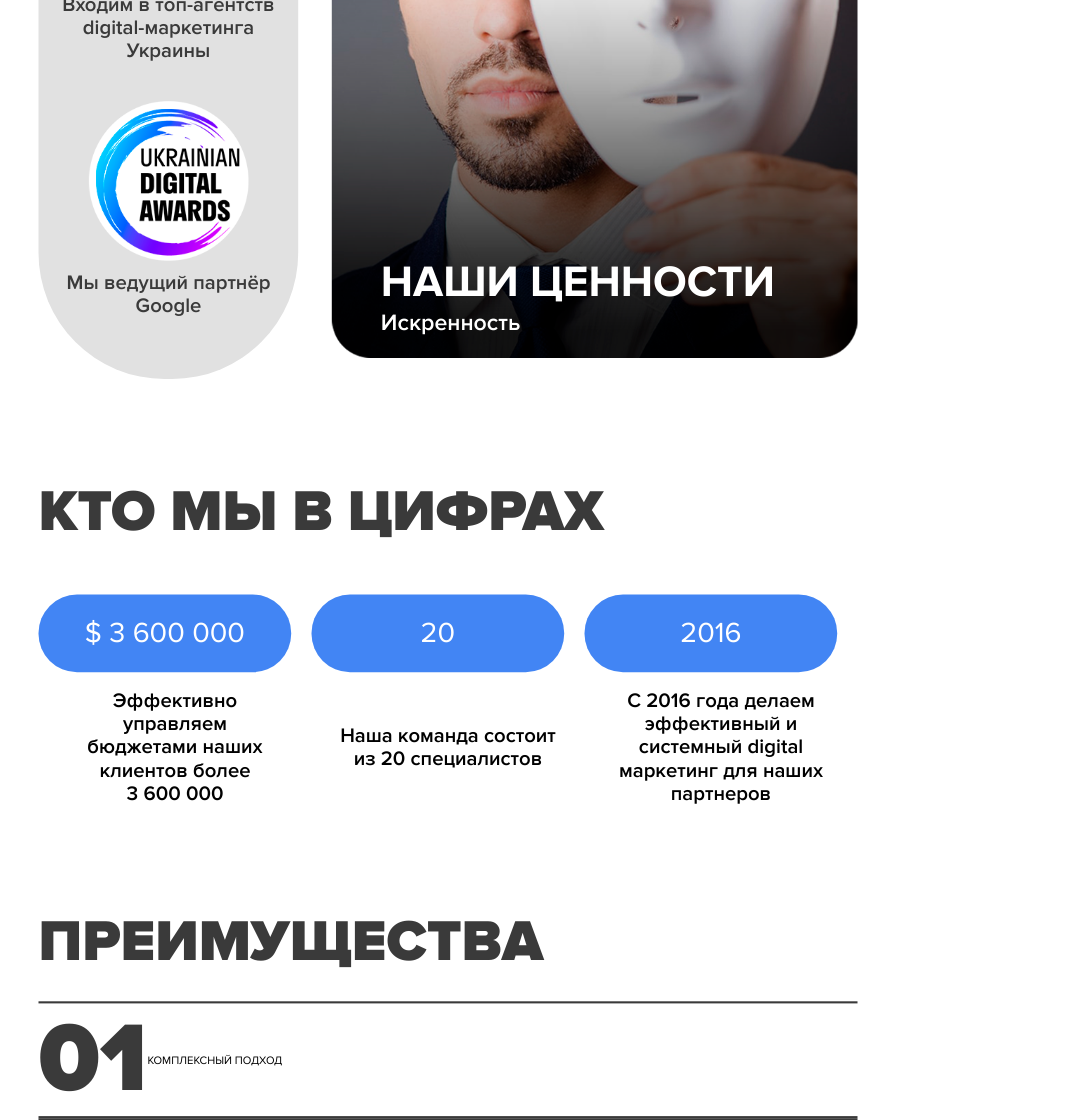
Repository: fanbear/Mnews
Page: index.html
The author's editor kept a copy of each file at every save. The page is drawn from the files as they stood at one save, then again after the next save.
The browser window is 1280 px wide. The page is 1525 px wide, so the pictures cover 1525 px, including what lies to the right of the window. The pictures show the part of the page from y = 2079 to 3679 px (the page is 3679 px tall), at 70% of full size.
Some web libraries are served in a nearby version.

Above is the page before, as saved 2022-07-26 20:58:11.

After the next save:
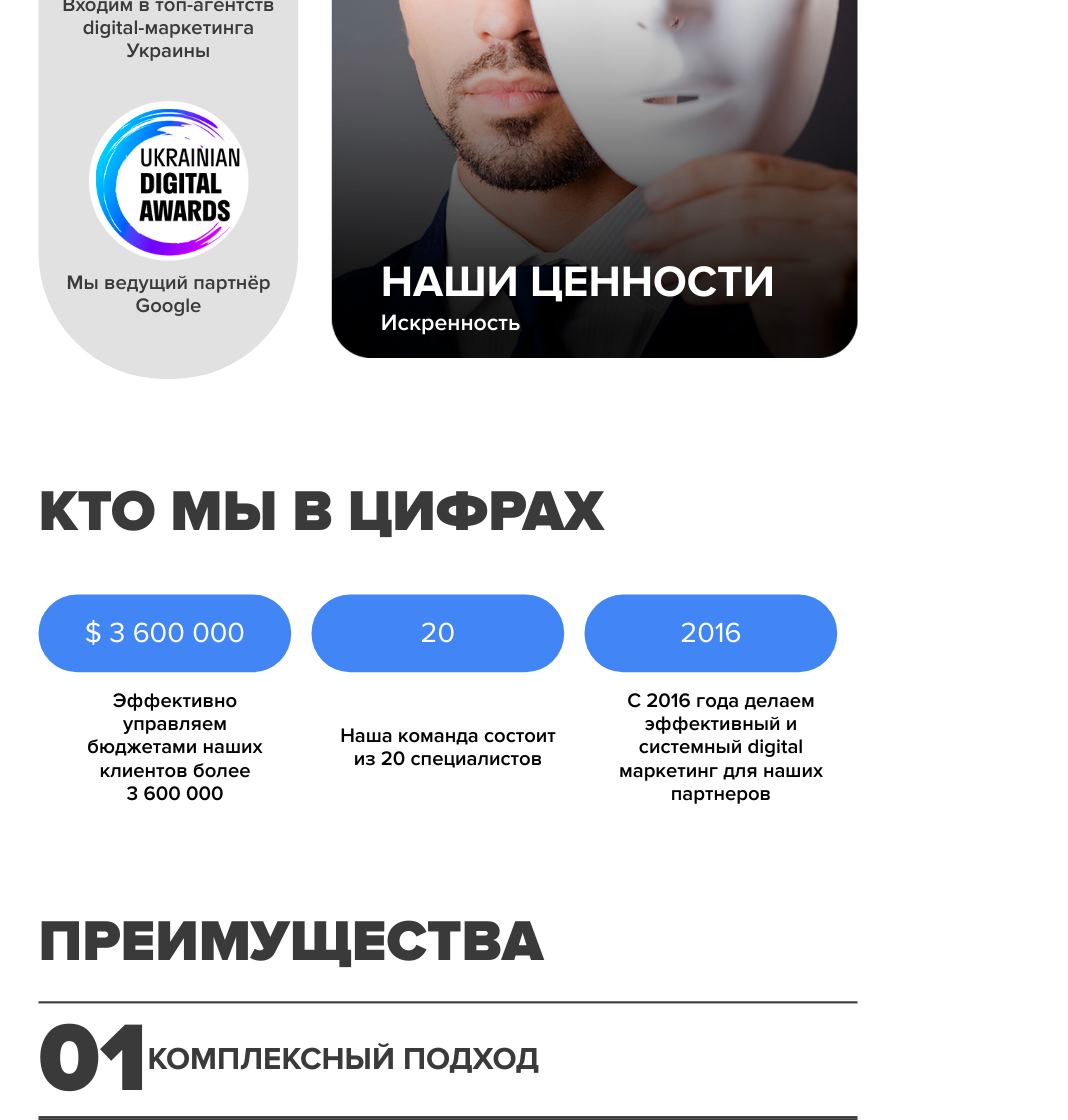
Saved 46 s later.
--- a/css/main.css
+++ b/css/main.css
@@ -222,3 +222,9 @@
     font-weight: 800;
     color: var(--main-text-color)
 }
+
+.benefint-tab__item-body p {
+    font-size: 45px;
+    font-weight: 600;
+    color: var(--main-text-color);
+}
